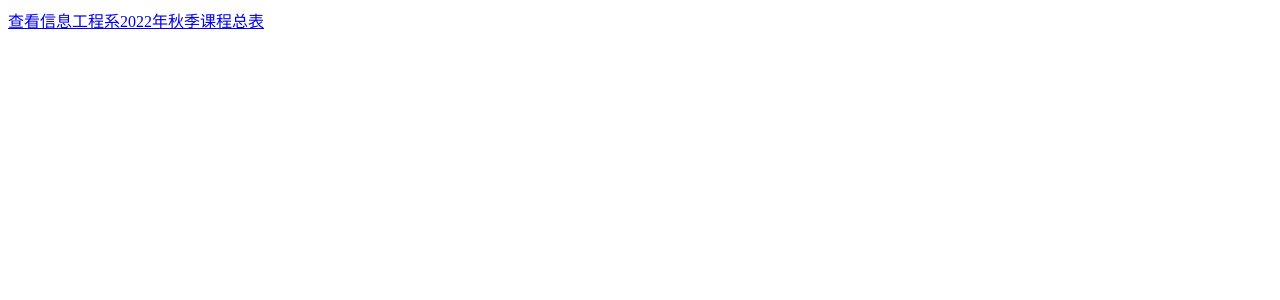
Repository: teacherlonglong/teacherlonglong.github.io
Page: index.html
An editor plug-in stored every save of this project. The page is shown before and after the next save, followed by the edit.
The browser window is 1280 px wide. The pictures show the whole page.

Above is the page before, as saved 2022-09-13 17:00:26.

### index.html
<html>

<head>
    <title>欢迎</title>
</head>

<body>
    <a href="./信息工程系2022年秋季课程总表.htm">查看信息工程系2022年秋季课程总表</a>
</body>

</html>

After the next save:
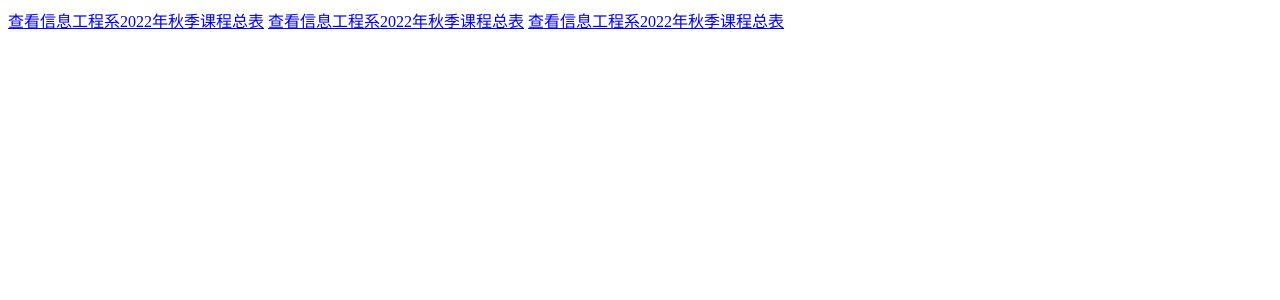
Saved 11 s later.
--- a/index.html
+++ b/index.html
@@ -6,6 +6,8 @@
 
 <body>
     <a href="./信息工程系2022年秋季课程总表.htm">查看信息工程系2022年秋季课程总表</a>
+    <a href="./信息工程系2022年秋季课程总表.htm">查看信息工程系2022年秋季课程总表</a>
+    <a href="./信息工程系2022年秋季课程总表.htm">查看信息工程系2022年秋季课程总表</a>
 </body>
 
 </html>
